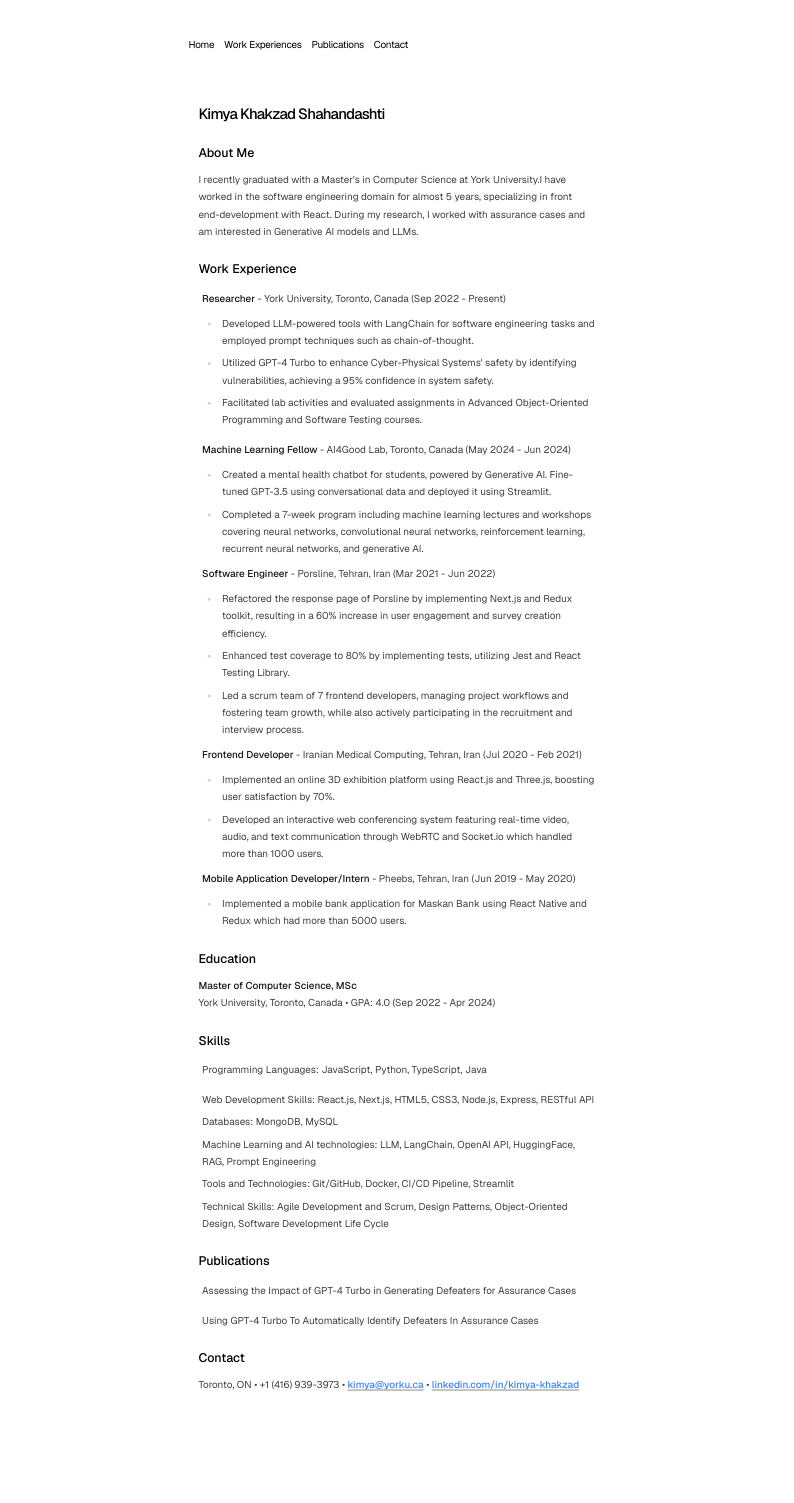
Repository: kimixz/kimixz.github.io
Page: /
These files come from the project's save history. The page is drawn as it stood at one moment and after the next save; the edit follows.
The browser window is 1280 px wide. The pictures show the whole page, at 62% of full size.
The project was rebuilt for these pictures with package versions that can differ from the ones it lists, and the page was loaded fresh each time. Some packages were replaced by stand-ins written for this rebuild. The framework's server and built-in components were replaced by stand-ins that run in the browser. Also part of the build but not shown: next.config.mjs, app/blog/[slug]/sandpack.tsx.

Above is the page before, as saved 2024-07-28 16:23:25.

### app/page.tsx
export default function Page() {
  return (
    <section className="max-w-3xl mx-auto p-4">
      <h1 className="font-medium text-2xl mb-8 tracking-tighter">Kimya Khakzad Shahandashti</h1>

      <section className="mb-8">
        <h2 className="font-medium text-xl mb-4">About Me</h2>
        <p className="prose prose-neutral dark:prose-invert">
          I recently graduated with a Master's in Computer Science at York University.I have worked in the software engineering domain for almost 5 years, specializing in front end-development with React.
          During my research, I worked with assurance cases and am interested in Generative AI models and LLMs.
        </p>
      </section>

      <section className="mb-8">
        <h2 className="font-medium text-xl mb-4">Work Experience</h2>
        <ul className="prose prose-neutral dark:prose-invert">
          <li>
            <strong>Researcher</strong> - York University, Toronto, Canada (Sep 2022 - Present)
            <ul>
              <li>Developed LLM-powered tools with LangChain for software engineering tasks and employed prompt techniques such as chain-of-thought.</li>
              <li>Utilized GPT-4 Turbo to enhance Cyber-Physical Systems' safety by identifying vulnerabilities, achieving a 95% confidence in system safety.</li>
              <li>Facilitated lab activities and evaluated assignments in Advanced Object-Oriented Programming and Software Testing courses.</li>
            </ul>
          </li>
          <li>
            <strong>Machine Learning Fellow</strong> - AI4Good Lab, Toronto, Canada (May 2024 - Jun 2024)
            <ul>
              <li>Created a mental health chatbot for students, powered by Generative AI. Fine-tuned GPT-3.5 using conversational data and deployed it using Streamlit.</li>
              <li>Completed a 7-week program including machine learning lectures and workshops covering neural networks, convolutional neural networks, reinforcement learning, recurrent neural networks, and generative AI.</li>
            </ul>
          </li>
          <li>
            <strong>Software Engineer</strong> - Porsline, Tehran, Iran (Mar 2021 - Jun 2022)
            <ul>
              <li>Refactored the response page of Porsline by implementing Next.js and Redux toolkit, resulting in a 60% increase in user engagement and survey creation efficiency.</li>
              <li>Enhanced test coverage to 80% by implementing tests, utilizing Jest and React Testing Library.</li>
              <li>Led a scrum team of 7 frontend developers, managing project workflows and fostering team growth, while also actively participating in the recruitment and interview process.</li>
            </ul>
          </li>
          <li>
            <strong>Frontend Developer</strong> - Iranian Medical Computing, Tehran, Iran (Jul 2020 - Feb 2021)
            <ul>
              <li>Implemented an online 3D exhibition platform using React.js and Three.js, boosting user satisfaction by 70%.</li>
              <li>Developed an interactive web conferencing system featuring real-time video, audio, and text communication through WebRTC and Socket.io which handled more than 1000 users.</li>
            </ul>
          </li>
          <li>
            <strong>Mobile Application Developer/Intern</strong> - Pheebs, Tehran, Iran (Jun 2019 - May 2020)
            <ul>
              <li>Implemented a mobile bank application for Maskan Bank using React Native and Redux which had more than 5000 users.</li>
            </ul>
          </li>
        </ul>
      </section>

      <section className="mb-8">
        <h2 className="font-medium text-xl mb-4">Education</h2>
        <p className="prose prose-neutral dark:prose-invert">
          <strong>Master of Computer Science, MSc</strong><br />
          York University, Toronto, Canada • GPA: 4.0 (Sep 2022 - Apr 2024)
        </p>
      </section>

      <section className="mb-8">
        <h2 className="font-medium text-xl mb-4">Skills</h2>
        <ul className="prose prose-neutral dark:prose-invert">
          <li>Programming Languages: JavaScript, Python, TypeScript, Java</li>
          <li>Web Development Skills: React.js, Next.js, HTML5, CSS3, Node.js, Express, RESTful API</li>
          <li>Databases: MongoDB, MySQL</li>
          <li>Machine Learning and AI technologies: LLM, LangChain, OpenAI API, HuggingFace, RAG, Prompt Engineering</li>
          <li>Tools and Technologies: Git/GitHub, Docker, CI/CD Pipeline, Streamlit</li>
          <li>Technical Skills: Agile Development and Scrum, Design Patterns, Object-Oriented Design, Software Development Life Cycle</li>
        </ul>
      </section>

      <section className="mb-8">
        <h2 className="font-medium text-xl mb-4">Publications</h2>
        <ul className="prose prose-neutral dark:prose-invert">
          <li>Assessing the Impact of GPT-4 Turbo in Generating Defeaters for Assurance Cases</li>
          <li>Using GPT-4 Turbo To Automatically Identify Defeaters In Assurance Cases</li>
        </ul>
      </section>

      <section>
        <h2 className="font-medium text-xl mb-4">Contact</h2>
        <p className="prose prose-neutral dark:prose-invert">
          Toronto, ON • +1 (416) 939-3973 • <a href="mailto:kimya@yorku.ca" className="text-blue-500">kimya@yorku.ca</a> • <a href="https://linkedin.com/in/kimya-khakzad" className="text-blue-500">linkedin.com/in/kimya-khakzad</a>
        </p>
      </section>
    </section>
  );
}

### app/global.css
@tailwind base;
@tailwind components;
@tailwind utilities;

::selection {
  background-color: #47a3f3;
  color: #fefefe;
}

:root {
  --sh-class: #2d5e9d;
  --sh-identifier: #354150;
  --sh-sign: #8996a3;
  --sh-string: #007f7a;
  --sh-keyword: #e02518;
  --sh-comment: #a19595;
  --sh-jsxliterals: #6266d1;
  --sh-property: #e25a1c;
  --sh-entity: #e25a1c;
}

@media (prefers-color-scheme: dark) {
  :root {
    --sh-class: #4c97f8;
    --sh-identifier: white;
    --sh-keyword: #f47067;
    --sh-string: #0fa295;
  }
  html {
    color-scheme: dark;
  }
}

html {
  min-width: 360px;
}

.prose .anchor {
  @apply absolute invisible no-underline;

  margin-left: -1em;
  padding-right: 0.5em;
  width: 80%;
  max-width: 700px;
  cursor: pointer;
}

.anchor:hover {
  @apply visible;
}

.prose a {
  @apply transition-all decoration-neutral-400 dark:decoration-neutral-600 underline-offset-2 decoration-[0.1em];
}

.prose .anchor:after {
  @apply text-neutral-300 dark:text-neutral-700;
  content: '#';
}

.prose *:hover > .anchor {
  @apply visible;
}

.prose pre {
  @apply bg-neutral-50 dark:bg-neutral-900 rounded-lg overflow-x-auto border border-neutral-200 dark:border-neutral-900;
}

.prose code {
  @apply px-1 py-0.5 rounded-lg;
}

.prose pre code {
  @apply p-0;
  border: initial;
  line-height: 1.5;
}

.prose code span {
  @apply font-medium;
}

.prose img {
  /* Don't apply styles to next/image */
  @apply m-0;
}

.prose h2,
h3,
h4 {
  @apply font-medium tracking-tighter !important;
}

.prose strong {
  @apply font-medium;
}

.prose > :first-child {
  /* Override removing top margin, causing layout shift */
  margin-top: 1.25em !important;
  margin-bottom: 1.25em !important;
}

pre::-webkit-scrollbar {
  display: none;
}

pre {
  -ms-overflow-style: none; /* IE and Edge */
  scrollbar-width: none; /* Firefox */
}

/* Remove Safari input shadow on mobile */
input[type='text'],
input[type='email'] {
  -webkit-appearance: none;
  -moz-appearance: none;
  appearance: none;
}

.prose .tweet a {
  text-decoration: inherit;
  font-weight: 500;
}

table {
  display: block;
  max-width: fit-content;
  overflow-x: auto;
  white-space: nowrap;
}

.prose .callout > p {
  margin: 0 !important;
}

.title {
  text-wrap: balance;
}

### app/components/nav.tsx
import Link from 'next/link';

const navItems = {
  '/': {
    name: 'Home',
  },
  '/work': {
    name: 'Work Experiences',
  },
  '/publications': {
    name: 'Publications',
  },
  '/contact': {
    name: 'Contact',
  },
};

export function Navbar() {
  return (
    <aside className="-ml-[8px] mb-16 tracking-tight">
      <div className="lg:sticky lg:top-20">
        <nav
          className="flex flex-row items-start relative px-0 pb-0 fade md:overflow-auto scroll-pr-6 md:relative"
          id="nav"
        >
          <div className="flex flex-row space-x-0 pr-10">
            {Object.entries(navItems).map(([path, { name }]) => {
              return (
                <Link
                  key={path}
                  href={path}
                  className="transition-all hover:text-neutral-800 dark:hover:text-neutral-200 flex align-middle relative py-1 px-2"
                >
                  {name}
                </Link>
              );
            })}
          </div>
        </nav>
      </div>
    </aside>
  );
}

Loaded but not shown: app/layout.tsx (common file); tailwind.config.ts (common file)

After the next save:
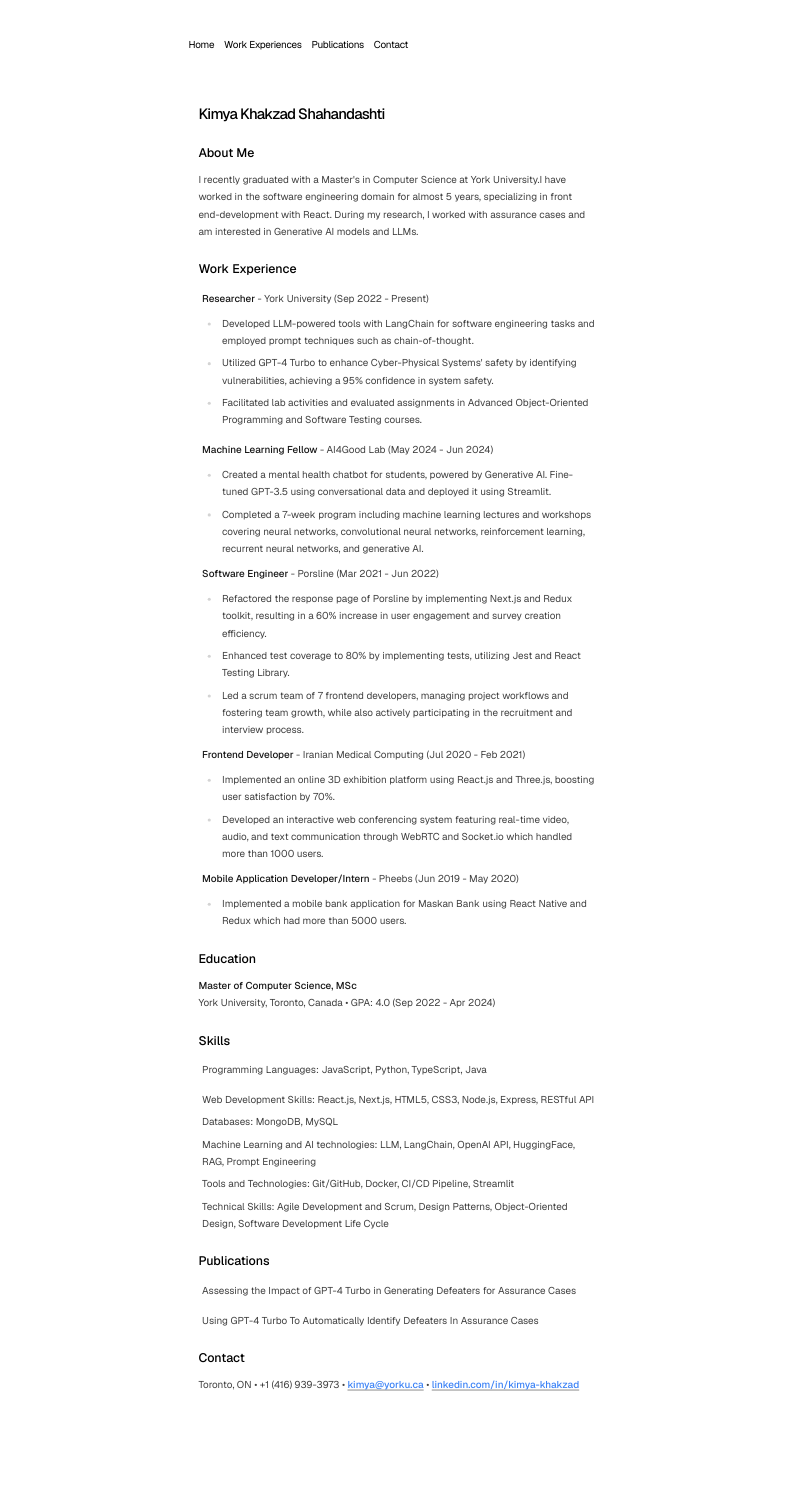
Saved 20 s later.
--- a/app/page.tsx
+++ b/app/page.tsx
@@ -15,7 +15,7 @@ export default function Page() {
         <h2 className="font-medium text-xl mb-4">Work Experience</h2>
         <ul className="prose prose-neutral dark:prose-invert">
           <li>
-            <strong>Researcher</strong> - York University, Toronto, Canada (Sep 2022 - Present)
+            <strong>Researcher</strong> - York University (Sep 2022 - Present)
             <ul>
               <li>Developed LLM-powered tools with LangChain for software engineering tasks and employed prompt techniques such as chain-of-thought.</li>
               <li>Utilized GPT-4 Turbo to enhance Cyber-Physical Systems' safety by identifying vulnerabilities, achieving a 95% confidence in system safety.</li>
@@ -23,14 +23,14 @@ export default function Page() {
             </ul>
           </li>
           <li>
-            <strong>Machine Learning Fellow</strong> - AI4Good Lab, Toronto, Canada (May 2024 - Jun 2024)
+            <strong>Machine Learning Fellow</strong> - AI4Good Lab (May 2024 - Jun 2024)
             <ul>
               <li>Created a mental health chatbot for students, powered by Generative AI. Fine-tuned GPT-3.5 using conversational data and deployed it using Streamlit.</li>
               <li>Completed a 7-week program including machine learning lectures and workshops covering neural networks, convolutional neural networks, reinforcement learning, recurrent neural networks, and generative AI.</li>
             </ul>
           </li>
           <li>
-            <strong>Software Engineer</strong> - Porsline, Tehran, Iran (Mar 2021 - Jun 2022)
+            <strong>Software Engineer</strong> - Porsline (Mar 2021 - Jun 2022)
             <ul>
               <li>Refactored the response page of Porsline by implementing Next.js and Redux toolkit, resulting in a 60% increase in user engagement and survey creation efficiency.</li>
               <li>Enhanced test coverage to 80% by implementing tests, utilizing Jest and React Testing Library.</li>
@@ -38,14 +38,14 @@ export default function Page() {
             </ul>
           </li>
           <li>
-            <strong>Frontend Developer</strong> - Iranian Medical Computing, Tehran, Iran (Jul 2020 - Feb 2021)
+            <strong>Frontend Developer</strong> - Iranian Medical Computing (Jul 2020 - Feb 2021)
             <ul>
               <li>Implemented an online 3D exhibition platform using React.js and Three.js, boosting user satisfaction by 70%.</li>
               <li>Developed an interactive web conferencing system featuring real-time video, audio, and text communication through WebRTC and Socket.io which handled more than 1000 users.</li>
             </ul>
           </li>
           <li>
-            <strong>Mobile Application Developer/Intern</strong> - Pheebs, Tehran, Iran (Jun 2019 - May 2020)
+            <strong>Mobile Application Developer/Intern</strong> - Pheebs (Jun 2019 - May 2020)
             <ul>
               <li>Implemented a mobile bank application for Maskan Bank using React Native and Redux which had more than 5000 users.</li>
             </ul>
